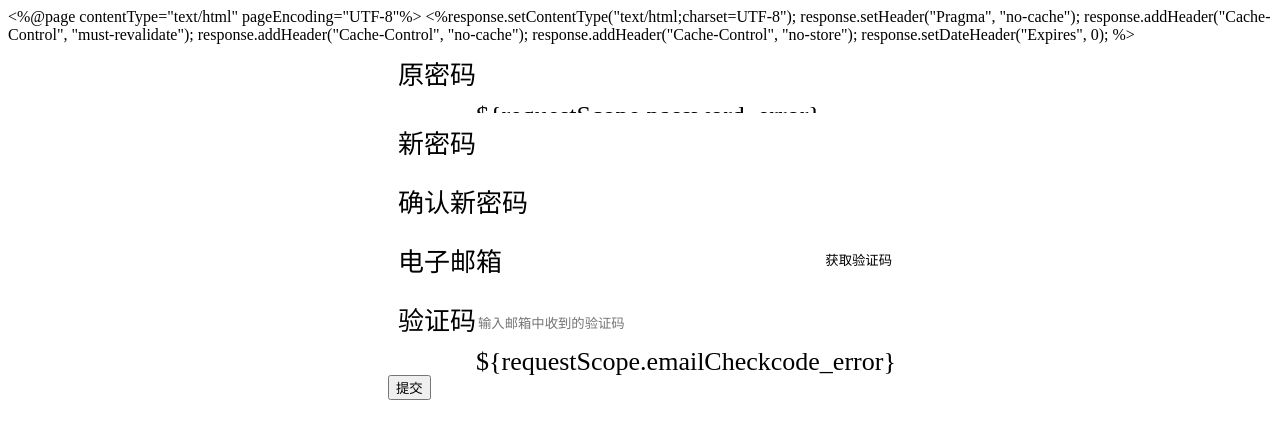
Repository: IAmJiangWenHao/ReportServer
Page: web/demo.html
The author's editor kept a copy of each file at every save. The page is drawn from the files as they stood at one save, then again after the next save.
The browser window is 1280 px wide. The pictures show the whole page.

Above is the page before, as saved 2023-05-18 21:47:35.

After the next save:
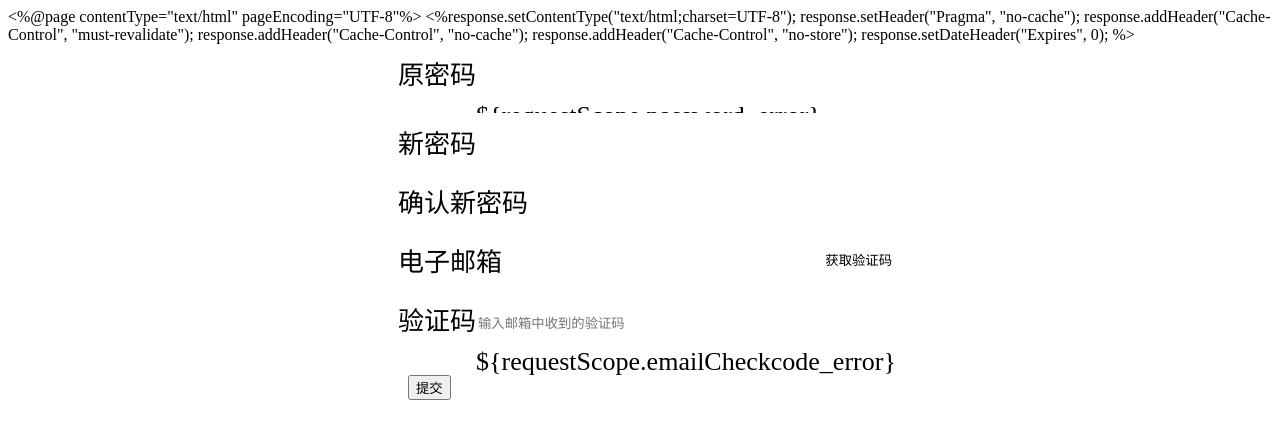
Saved 53 s later.
--- a/web/demo.html
+++ b/web/demo.html
@@ -90,7 +90,7 @@
         <div class="hang"><div class="key">电子邮箱</div> <div style="display:flex"  class="input" id="email"><input      type="text" name="email" onblur=isEmail(this.value)> <input type="button" id="button" value="获取验证码"></div></div>
         <div class="hang"><div class="key">验证码</div><div    style="width:422px"   class="input" id="emailcode"><input    type="text" name="emailCheckcode"  placeholder="输入邮箱中收到的验证码"/>${requestScope.emailCheckcode_error}</div></div>
         <p>
-          <input type="submit" id="submit" value="提交">
+          <input style="margin-left: 20px;" type="submit" id="submit" value="提交">
       </form>
         <div id="result"></div>
     </div>
